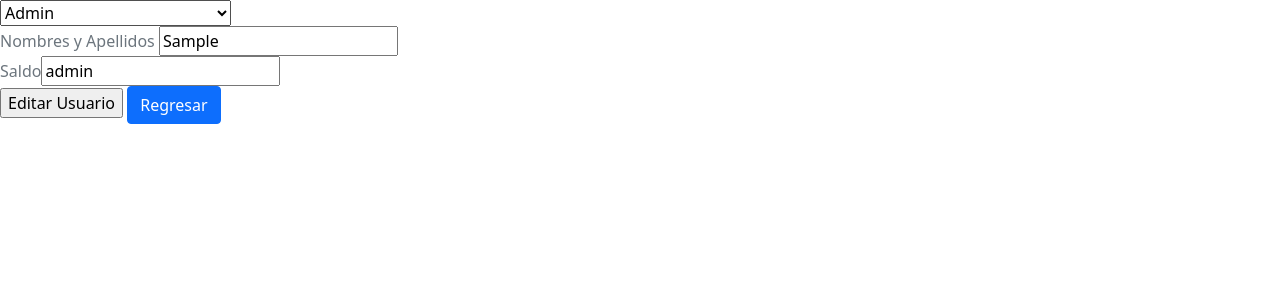
Repository: Gimblet/LP1_Proyecto_Yape
Page: http://localhost/Yape/nuevoUsuario.jsp
These files come from the project's save history. The page is drawn as it stood at one moment and after the next save; the edit follows.
The browser window is 1280 px wide. The pictures show the whole page.
Empty fields were first filled with sample values (such as "Sample", 5 or name@example.com).
After loading, the first visible `select` was changed once.
The page is served by Tomcat 9.

Above is the page before, as saved 2024-04-25 18:25:34.

After the next save:
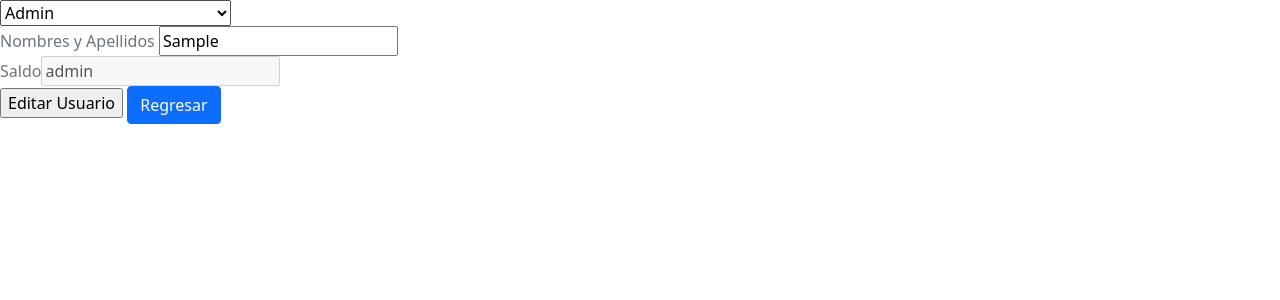
Saved 67 s later.
--- a/Yape/src/main/webapp/nuevoUsuario.jsp
+++ b/Yape/src/main/webapp/nuevoUsuario.jsp
@@ -39,7 +39,7 @@
             	saldoField.innerHTML = '<label class="text-secondary">Saldo</label><input name="txtSaldo" type="text" disabled>';
         	}
         	else if (selectedOption === "Admin") {
-            	saldoField.innerHTML = '<label class="text-secondary">Saldo</label><input name="txtSaldo" type="text" value="admin">';
+            	saldoField.innerHTML = '<label class="text-secondary">Saldo</label><input name="txtSaldo" type="text" value="admin" disabled>';
         	} else {
             	saldoField.innerHTML = '<label class="text-secondary">Saldo</label><input name="txtSaldo" type="text" value="cliente">';
         	}
